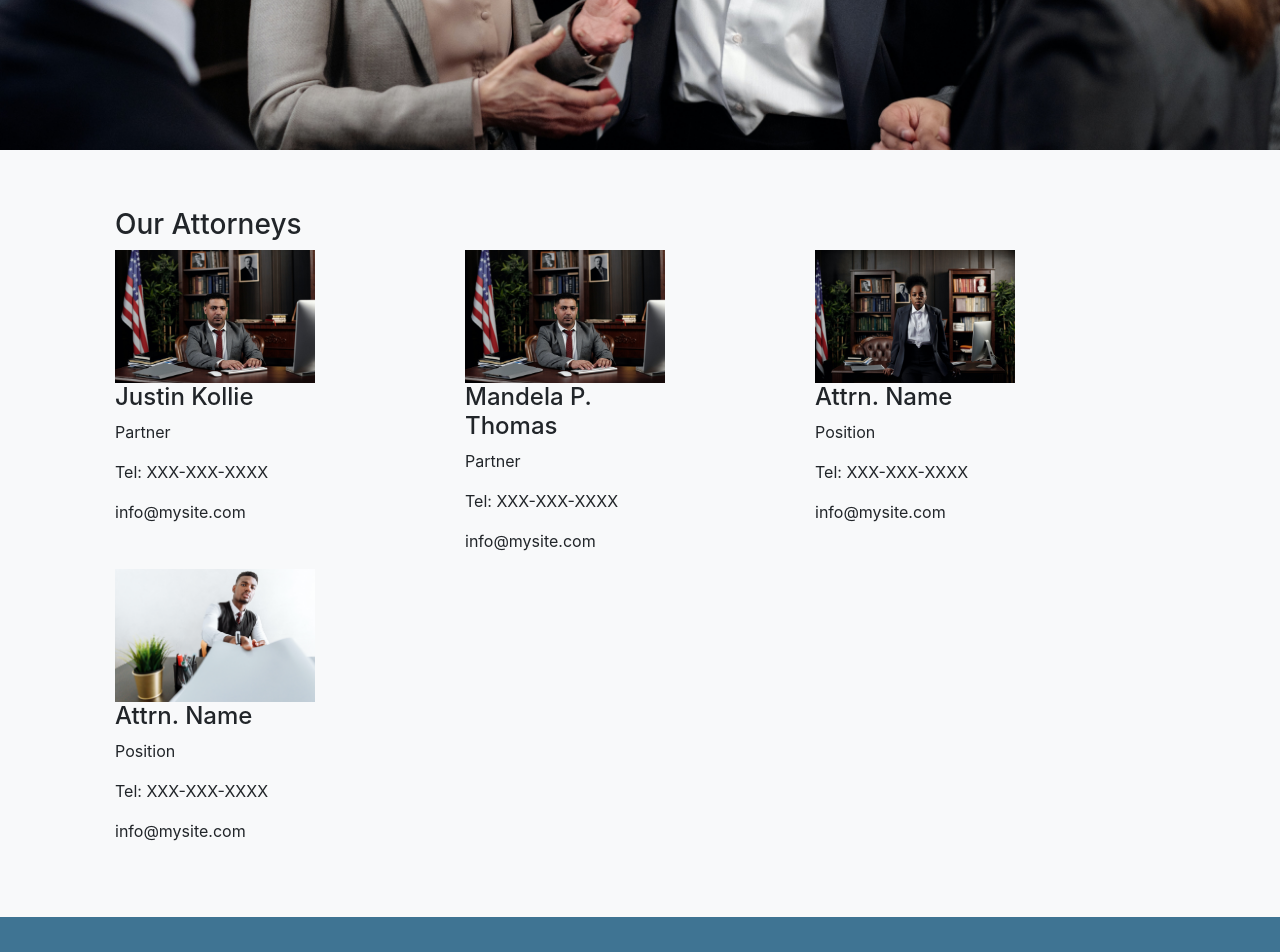
Repository: just-mann/kolllie-kolliellp
Page: index.html
The author's editor kept a copy of each file at every save. The page is drawn from the files as they stood at one save, then again after a run of saves.
The browser window is 1280 px wide. The pictures show the part of the page from y = 2422 to 3374 px (the page is 4664 px tall before and 4768 px after).
Pictures or frames that could not be fetched are drawn as grey boxes. Backgrounds fixed to the window are drawn as part of the page.

Above is the page before, as saved 2021-06-02 05:25:03.

### index.html
<!DOCTYPE html>
<html lang="en">
<head>
    <meta charset="UTF-8">
    <meta name="viewport" content="width=device-width, initial-scale=1.0">
    <meta http-equiv="X-UA-Compatible" content="ie=edge">
    <meta name="Description" content="Enter your description here"/>
    <!-- Font Awesome Icons -->
    <link rel="stylesheet" href="https://cdnjs.cloudflare.com/ajax/libs/font-awesome/5.15.3/css/all.min.css" referrerpolicy="no-referrer" />
    <link rel="stylesheet" href="https://cdnjs.cloudflare.com/ajax/libs/twitter-bootstrap/4.6.0/css/bootstrap.min.css">
    <link rel="stylesheet" href="https://cdnjs.cloudflare.com/ajax/libs/font-awesome/5.15.2/css/all.min.css">
    <link rel="stylesheet" href="assets/css/utilities.css">
    <link rel="stylesheet" href="assets/css/style.css">
    <title>Kollie & Thomas LLP</title>
</head>
<body>
    <nav class="myNavbar px-2 bg-light shadow">
        <div class="myContainer">
            <a href="#" class="myLogo"><h3>Kollie & Thomas LLP</h3></a>
            <div class="links">
                <a href="#">Home</a>
                <a href="#practiceArea">Practice Areas</a>
                <a href="#ourVision">Our Vision</a>
                <a href="#ourAttorneys">Attorneys</a>
                <a href="#contact">Contact</a>
            </div>
            <i class="fas fa-bars fa-1x toggleBar"></i>
        </div>
    </nav>
    <section class="heroSection">
        <div class="myContainer">
            <h3><span>Boutique</span>Law Firm</h3>
            <p>Specializing in Commercial Law & Litigation, Insolvency & Fraud</p>
        </div>
    </section>
    <section class="practiceArea py-5 px-4 bg-light" id="practiceArea">
        <div class="myContainer py-5">
            <div class="practiceArreaDiv p-4">
                <div class="left__side px-3 py-4">
                    <h3><span>Practice</span> Areas</h3>
                </div>
                <div class="right__side px-3 py-4">
                    <ul>
                        <div class="left px-3">
                            <li><h4>Litigation</h4></li>
                            <p>Lorem ipsum dolor sit amet consectetur adipisicing elit. Accusamus cumque iusto quae minima?</p>
                            <li><h4>Insolvency</h4></li>
                            <p>Lorem ipsum dolor sit amet consectetur adipisicing elit. Accusamus cumque iusto quae minima?</p>
                            <li><h4>Dispute Resolution</h4></li>
                            <p>Lorem ipsum dolor sit amet consectetur adipisicing elit. Accusamus cumque iusto quae minima?</p>
                        </div>
                        <div class="right px-3">
                            <li><h4>Business</h4></li>
                            <p>Lorem ipsum dolor sit amet consectetur adipisicing elit. Accusamus cumque iusto quae minima?</p>
                            <li><h4>Fraud</h4></li>
                            <p>Lorem ipsum dolor sit amet consectetur adipisicing elit. Accusamus cumque iusto quae minima?</p>
                            <li><h4>Tax</h4></li>
                            <p>Lorem ipsum dolor sit amet consectetur adipisicing elit. Accusamus cumque iusto quae minima?</p>
                        </div>
                    </ul>
                </div>
            </div>
        </div>
    </section>
    <section class="ourVision px-4 py-5" id="ourVision">
        <div class="myContainer">
            <div class="ourVisionDiv py-5">
                <h3>Our Mission</h3>
                <div>
                    <p>Lorem, ipsum dolor sit amet consectetur adipisicing elit. Deleniti, libero. Voluptatem laboriosam ipsum esse sint deserunt laudantium accusamus nam veniam ad? A deserunt nostrum rerum?</p>
                </div>
                <div>
                    <p>Lorem, ipsum dolor sit amet consectetur adipisicing elit. Deleniti, libero. Voluptatem laboriosam ipsum esse sint deserunt laudantium accusamus nam veniam ad? A deserunt nostrum rerum?</p>
                </div>
                <div>
                    <p>Lorem, ipsum dolor sit amet consectetur adipisicing elit. Deleniti, libero. Voluptatem laboriosam ipsum esse sint deserunt laudantium accusamus nam veniam ad? A deserunt nostrum rerum?</p>
                </div>
            </div>
        </div>
    </section>
    <div class="parallaxImg">
        <!-- <img src="./assets/images/heroImage.jpg" alt="parallaxImg"> -->
    </div>
    <section class="ourAttorneys py-5 bg-light" id="ourAttorneys">
        <div class="myContainer">
            <h3>Our Attorneys</h3>
            <div class="attorneysDiv mx-auto">
                <div class="attCard">
                    <img src="./assets/images/attrny1.jpg" alt="att1">
                    <div class="firstDiv">
                        <h4>Justin Kollie</h4>
                        <p>Partner</p>
                    </div>
                    <div class="secondDiv">
                        <p>Tel: XXX-XXX-XXXX</p>
                        <p>info@mysite.com</p>
                    </div>
                </div>
                <div class="attCard">
                    <img src="./assets/images/attrny1.jpg" alt="att1">
                    <div class="firstDiv">
                        <h4>Mandela P. Thomas</h4>
                        <p>Partner</p>
                    </div>
                    <div class="secondDiv">
                        <p>Tel: XXX-XXX-XXXX</p>
                        <p>info@mysite.com</p>
                    </div>
                </div>
                <div class="attCard">
                    <img src="./assets/images/attrny2.jpg" alt="att2">
                    <div class="firstDiv">
                        <h4>Attrn. Name</h4>
                        <p>Position</p>
                    </div>
                    <div class="secondDiv">
                        <p>Tel: XXX-XXX-XXXX</p>
                        <p>info@mysite.com</p>
                    </div>
                </div>
                <div class="attCard">
                    <img src="/assets/images/attrny3.jpg" alt="att3">
                    <div class="firstDiv">
                        <h4>Attrn. Name</h4>
                        <p>Position</p>
                    </div>
                    <div class="secondDiv">
                        <p>Tel: XXX-XXX-XXXX</p>
                        <p>info@mysite.com</p>
                    </div>
                </div>
            </div>
        </div>
    </section>
    <section class="contact py-5" id="contact">
        <div class="myContainer">
            <div class="contactDiv">
                <div class="left__side">
                    <h3>Contact Us</h3>
                </div>
                <div class="right__side">
                    <h4 class=><span>Our</span> Address</h4>
                    <div class="addressDiv">
                        <p>500 Terry Francois St. San Francisco, CA 94158</p>
                        <p>Email: info@mysite.com</p>
                        <p>Tel:  123-456-7890</p>
                    </div>
                    <div class="clickToFind my-4 py-4">
                        <a href="#">Click Here to Find Us</a>
                    </div>
                    <form action="">
                        <div class="left__side">
                            <div>
                                <label for="firstName">First Name *</label>
                                <input type="text" name="firstName" required>
                            </div>
                            <div>
                                <label for="lastName">Last Name *</label>
                                <input type="text" name="lastName" required>
                            </div>
                            <div>
                                <label for="email">Email *</label>
                                <input type="email" name="name" required>
                            </div>
                            <div>
                                <label for="subject">Subject *</label>
                                <input type="text" name="subject" required>
                            </div>
                        </div>
                        <!-- <div class="right__side"> -->
                            <label for="message" class="messageLabel">Message *</label>
                            <textarea name="message" id="message" cols="30" rows="10" required></textarea>
                        <!-- </div> -->
                        <div class="my-4">
                            <input type="submit" value="Send">
                        </div>
                    </form>
                </div>
            </div>
        </div>
    </section>
    <section class="backUpTop bg-dark text-center p-4">
        <div class="myContainer">
            <i class="fas fa-angle-double-up fa-2x text-light"></i>
        </div>
    </section>
    <footer class="footer">
        <div class="myContainer">
            <p>© 2021 Kollie & Thomas LLP. Proudly created by Justin Kollie</p>
        </div>
    </footer>
    <!-- Optional Scripts -->
    <script src="assets/scripts/myScript.js"></script>
    <script src="https://cdnjs.cloudflare.com/ajax/libs/jquery/3.5.1/jquery.slim.min.js"></script>
    <script src="https://cdnjs.cloudflare.com/ajax/libs/popper.js/1.16.1/umd/popper.min.js"></script>
    <script src="https://cdnjs.cloudflare.com/ajax/libs/twitter-bootstrap/4.6.0/js/bootstrap.min.js"></script>
</body>
</html>

### assets/css/utilities.css
:root {
    --primaryColor: #274f9bf3;
}

a {
    text-decoration: none;
}

a:hover {
    text-decoration: none;
}

ul li {
    list-style-type: square;
}

.myContainer {
    max-width: 1100px;
    margin: 0 auto;
    padding: 10px 25px;
}

### assets/css/style.css
* {
    padding: 0;
    margin: 0;
    box-sizing: border-box;
}

html {
    scroll-behavior: smooth;
}



/* Navbar */
.myNavbar {
    padding: 15px 0px;
    background-color: #ece6e6;
    position: sticky;
    top: 0;
    left: 0;
    width: 100%;
    z-index: 100;
}

.myNavbar .myContainer {
    display: flex;
    justify-content: space-between;
    align-items: center;
}

.myNavbar .myContainer .myLogo h3 {
    font-size: 1.5em;
}

.myNavbar .myContainer .links {
    display: flex;
    justify-content: center;
    align-items: center;
}

.toggleBar {
    font-size: 1.6em;
    display: none;
    transition: cursor 0.6s;
}

.toggleBar:hover {
    cursor: pointer;
}

.ourVision {
    background-color: #2f6d91da;
    color: white;
    /* padding: 30px 10px; */
}

.ourVisionDiv h3 {
    font-weight: 400;
    font-size: 2.6rem;
    text-align: left;
    margin-bottom: 25px;
    /* margin: 40px auto; */
}

.ourVisionDiv p {
    font-weight:300;
    font-size: 1.2rem;
    line-height: 2rem;
}

.parallaxImg {
    background-image: url('../images/parallaxImg.jpg');
    min-height: 500px;
    background-attachment: fixed;
    background-position: center;
    background-origin: center;
    background-repeat: no-repeat;
    background-size: cover;
}

.parallaxImg img {
    width: 100%;
}

.contact {
    position: relative;
    background: url('../images/contactBgImage.jpg') no-repeat center center / cover;
}

.contact::before {
    content: "";
    position: absolute;
    top: 0;
    left: 0;
    background: #2f6d91da;
    width: 100%;
    height: 100%;
}

.contact .myContainer * {
    display: flex;
    flex-direction: column;
    justify-content: center;
    align-items: flex-start;
    width: 100%;
    z-index: 50;
}

.contactDiv .left__side h3 {
    font-weight: 500;
    color: white;
}

.contactDiv .right__side h4 {
    font-weight: 300;
    color: white;
}

.contactDiv .right__side h4 span {
    font-weight: 600;
}

.contactDiv .right__side .addressDiv p {
    font-size: 1rem;
    font-weight: 400;
    margin: 5px 0px;
    color: white;
}

.contactDiv .right__side .clickToFind a {
    text-decoration: underline;
    font-size: 1.4rem;
    color: white;
}

form label {
    color: white;
    font-size: 1.3rem;
}

.backUpTop .myContainer i {
    font-weight: 600;
}

.backUpTop .myContainer i:hover {
    cursor: pointer;
}

input[type="submit"] {
    width: 100%;
    background-color: transparent;
    border: 2px solid white;
    border-radius: 5px;
    font-weight: 500;
    letter-spacing: 1px;
    display: flex;
    padding: 10px;
    color: white;
    justify-content: center;
    text-align: center;
}

form div input, textarea {
    border: 3px solid #223755;
    border-radius: 3px;
    padding: 5px 10px;
}

/* Non mobile */
.myNavbar .myContainer .links a {
    padding: 0px 10px;
    font-size: 16px;
    font-weight: 400;
    text-transform: uppercase;
}

/* Desktop Scree Size Starts */
@media screen and (min-width: 900px) {
    .heroSection {
        position: relative;
        background-image: url('../images/heroImage.jpg');
        min-height: 500px;
        background-attachment: fixed;
        background-position: center;
        background-origin: center;
        background-repeat: no-repeat;
        background-size: cover;
        height: 85vh;
        display: flex;
        justify-content: start;
        align-items: left;
        /* background-color: #ffffff;
        background: url('../images/heroImage.jpg') no-repeat center center / cover; */
    }

    .heroSection .myContainer {
        display: flex;
        flex-direction: column;
        width: 100%;
        align-items: start;
        z-index: 50;
        padding: 10px 50px;
        background-attachment: fixed;
    }

    .heroSection::before {
        position: absolute;
        content: "";
        top: 0;
        left: 0;
        background: rgba(47, 109, 145, 0.78);
        width: 40%;
        height: 100%;
        z-index: 0;
    }

    .heroSection .myContainer h3 span {
        color: white;
        font-size: 3rem;
        font-weight: 600;
        margin: 10px 0px;
        text-transform: uppercase;
        display: block;
    }

    .heroSection .myContainer h3 {
        color: white;
        font-size: 2rem;
        font-weight: 300;
        margin-top: 180px;
        text-transform: uppercase;
    }

    .heroSection .myContainer p {
        color: white;
        max-width: 320px;
        margin: 15px 0px;
        font-size: 1.4rem;
    }

    .practiceArea .myContainer .practiceArreaDiv {
        display: grid;
        grid-template-columns: 1fr 2fr;
        gap: 30px;
    }

    .practiceArreaDiv .right__side ul {
        display: grid;
        grid-template-columns: 1fr 1fr;
        gap: 25px;
    }

    .ourVision .myContainer .ourVisionDiv h3 {
        text-align: center;
    }

    .ourVision .myContainer .ourVisionDiv div {
        max-width: 650px;
        margin: 0 auto;
        text-align: center;
    }

    .ourAttorneys .myContainer .attorneysDiv {
        display: grid;
        grid-template-columns: repeat(3, 1fr);
    }

    .ourAttorneys .myContainer .attorneysDiv .attCard {
        width: 200px;
    }

    .ourAttorneys .myContainer .attorneysDiv .attCard img {
        width: 100%;
    }

}


/* Desktop Screen Size Ends */


/* Responsive */
@media screen and (max-width: 900px) {
    .myNavbar .myContainer .links {
        display: none;
    }

    .toggleBar {
        display: block;
    }

    .heroSection {
        position: relative;
        height: 75vh;
        display: flex;
        justify-content: center;
        align-items: center;
        background-color: #ffffff;
        background: url('../images/heroImage.jpg') no-repeat center center / cover;
    }

    .heroSection .myContainer {
        display: flex;
        flex-direction: column;
        justify-content: center;
        align-items: start;
        z-index: 50;
    }

    .heroSection::before {
        position: absolute;
        content: "";
        top: 50;
        /* bottom: 40; */
        right: 0;
        background: rgba(47, 109, 145, 0.78);
        width: 95%;
        height: 70%;
        z-index: 0;
    }

    .heroSection .myContainer h3 span {
        color: white;
        font-size: 3rem;
        font-weight: 600;
        margin: 10px 0px;
        text-transform: uppercase;
        display: block;
    }

    .heroSection .myContainer h3 {
        color: white;
        font-size: 2rem;
        font-weight: 300;
        text-transform: uppercase;
    }

    .heroSection .myContainer p {
        color: white;
        max-width: 320px;
        margin: 15px 0px;
        font-size: 1.4rem;
    }

    .practiceArreaDiv .left__side h3 span {
        font-size: 2.5rem;
        text-transform: uppercase;
        display: block;
        font-weight: 600;
        margin: 5px 0px;
    }

    .left__side h3 {
        font-size: 2.4rem;
        text-transform: uppercase;
        font-weight: 300;
    }

    .right__side {
        padding: 30px 10px;
        /* background-color: white; */
    }

    .parallaxImg {
        background-image: url('../images/parallaxImg.jpg');
        min-height: 500px;
        background-attachment: scroll;
        background-position: center;
        background-repeat: no-repeat;
        background-size: cover;
    }

    .attorneysDiv {
        grid-template-columns: 1fr;
        width: 100%;
        margin: 0 auto;
    }

    .ourAttorneys .myContainer h3 {
        text-align: center;
        font-size: 2.8em;
        font-weight: 350;
        margin-bottom: 25px;
    }

    .attCard {
        width: 100%;
        padding: 0px 20px;
        margin: 0px auto 35px auto;
        /* text-align: center; */
    }

    .attCard img {
        min-height: 200px;
        width: 100%;
    }

    .attCard .firstDiv {
        padding: 10px 0px 0px 0px;
        text-align: center;
        border-bottom: 2px solid #6991ac9d;
    }

    .secondDiv {
        text-align: center;
        padding: 5px 0px;
    }

    form {
        /* background: pink; */
        max-width: 100%;
    }

    form div {
        margin: 7px 0px;
        /* padding: 0px 5px; */
        max-width: 100%;
    }

    form label {
        display: block;
        color: white;
    }

    form input {
        width: 100%;
    }

    form input {
        padding: 5px 10px;
    }

    form .right__side textarea {
        width: 100%;
        padding: 5px 10px;
    }




}

### assets/scripts/myScript.js
console.log('It works');

After the next 3 saves:
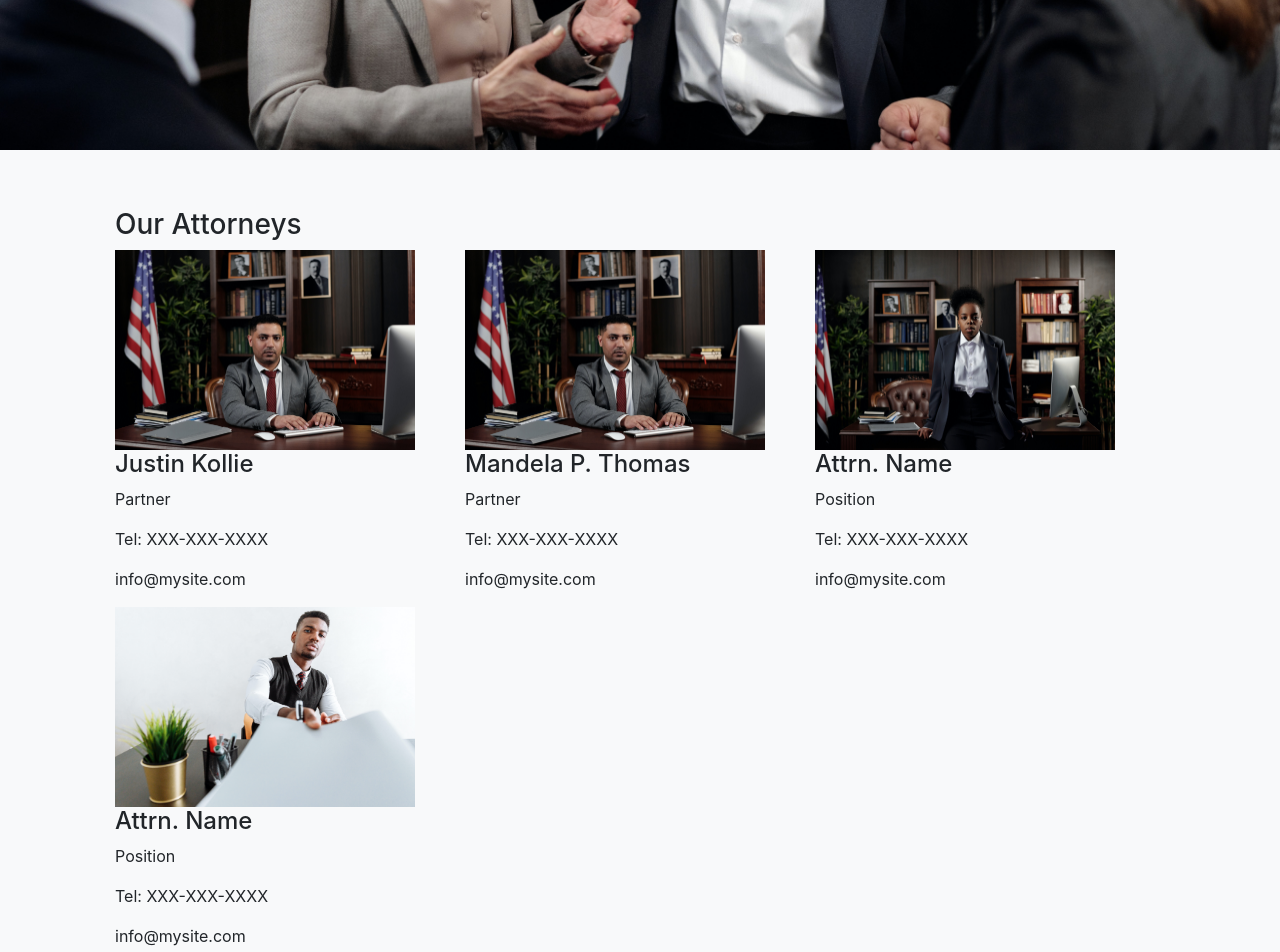
The 3 saves are shown as one change because they came seconds apart.
The last was saved 11 s later.
--- a/assets/css/style.css
+++ b/assets/css/style.css
@@ -265,7 +265,7 @@ form div input, textarea {
     }
 
     .ourAttorneys .myContainer .attorneysDiv .attCard {
-        width: 200px;
+        width: 300px;
     }
 
     .ourAttorneys .myContainer .attorneysDiv .attCard img {
